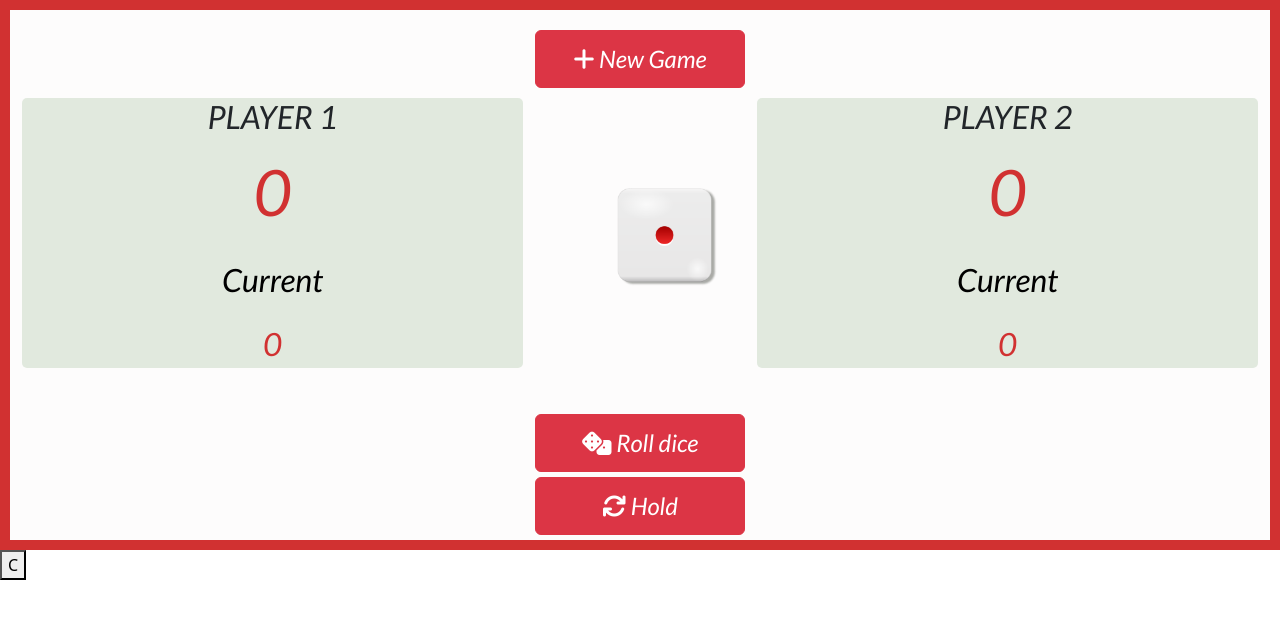
Repository: haifabilel/Eval_JAVASCRIPT
Page: index.html
An editor plug-in stored every save of this project. The page is shown before and after a run of saves, followed by the edit.
The browser window is 1280 px wide. The pictures show the whole page.
Some web libraries are served in a nearby version.

Above is the page before, as saved 2023-06-05 18:07:23.

After the next 2 saves:
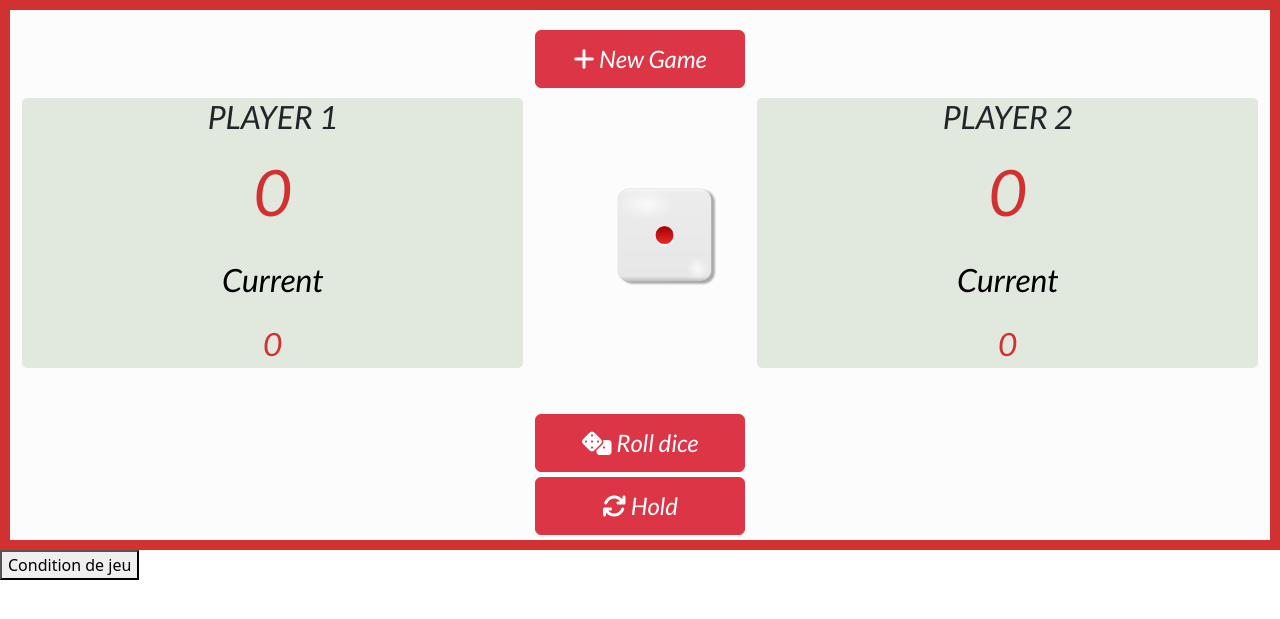
The 2 saves are shown as one change because they came seconds apart.
The last was saved 9 s later.
--- a/index.html
+++ b/index.html
@@ -57,7 +57,7 @@
         <button class="btn btn_hold btn-danger"><i class="fa-solid fa-arrows-rotate"></i> Hold</button>
     </div>
     </div>
-    <button>C</button>
+    <button>Condition de jeu</button>
 
 
     <script src="https://code.jquery.com/jquery-3.5.1.slim.min.js" integrity="sha384-DfXdz2htPH0lsSSs5nCTpuj/zy4C+OGpamoFVy38MVBnE+IbbVYUew+OrCXaRkfj" crossorigin="anonymous"></script>
